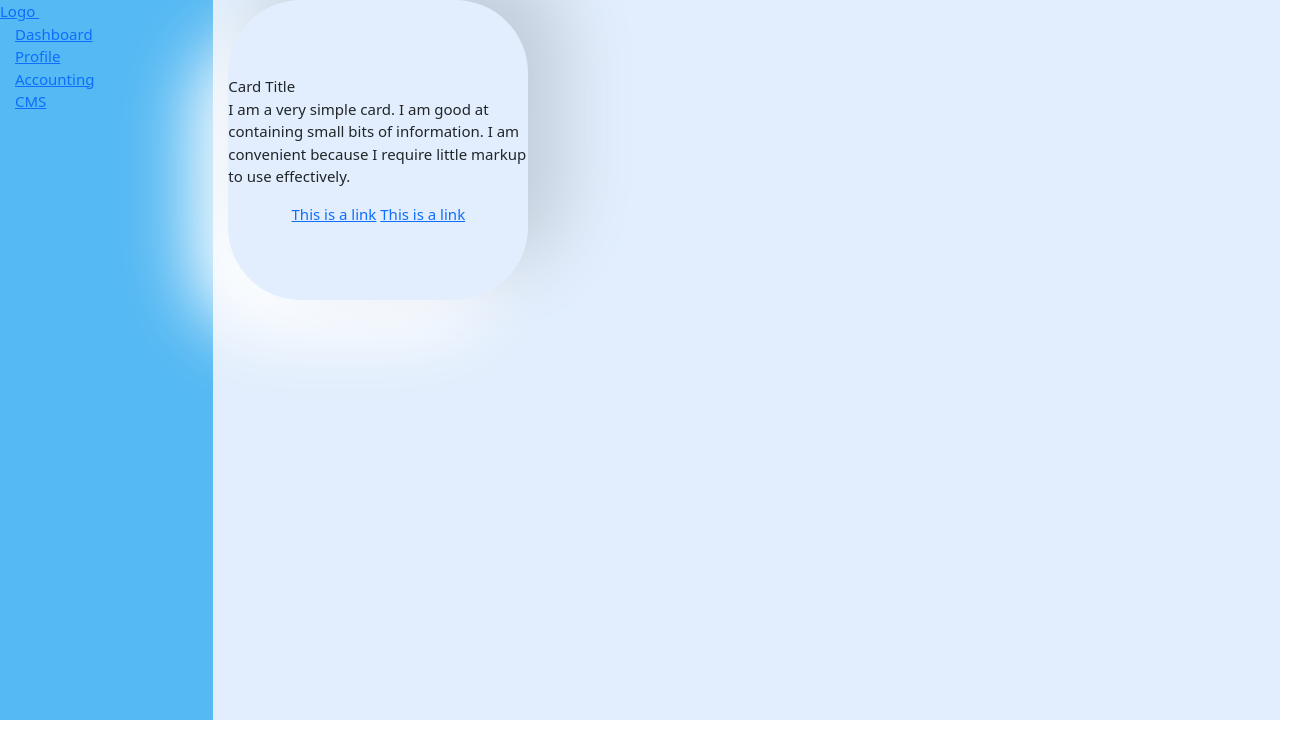
Repository: latenightsnacc/AllinOne
Page: Design/index.html
The author's editor kept a copy of each file at every save. The page is drawn from the files as they stood at one save, then again after the next save.
The browser window is 1280 px wide. The page is 1291 px wide, so the pictures cover 1291 px, including what lies to the right of the window. The pictures show the whole page.
The style sheet was rebuilt from its Sass, Less or Tailwind sources for each picture, by a compiler version that may differ from the author's.

Above is the page before, as saved 2020-09-15 16:47:50.

After the next save:
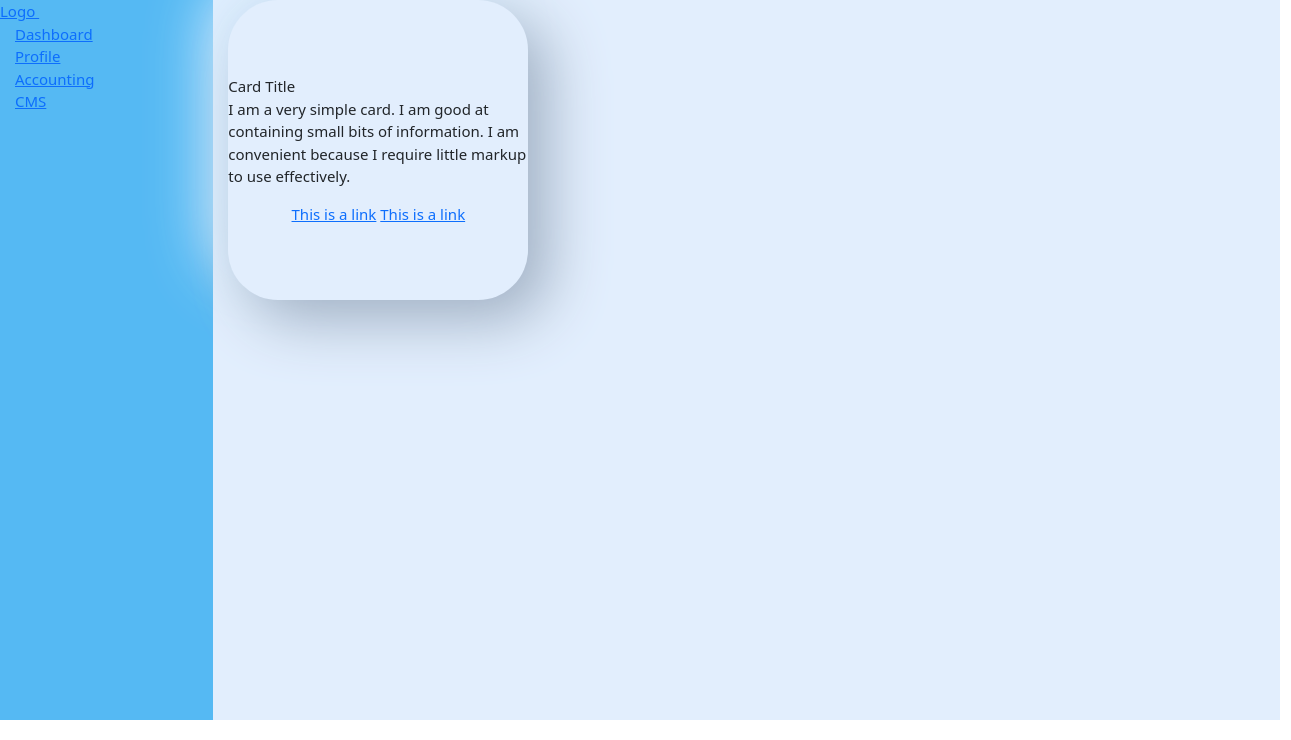
Saved 62 s later.
--- a/Design/_variables.scss
+++ b/Design/_variables.scss
@@ -1,9 +1,9 @@
 $blue: #55b9f3;
 $white: #fff;
 $grey: #e2eefd;
-$borderR: 73px;
+$borderR: 50px;
 $Brb: 50px;
-$bsGrey:  35px -35px 71px #c2cdda,
--35px 35px 71px #ffffff;
+$bsGrey:  20px 20px 60px #a1b0c3,
+-20px -20px 60px #d9eeff;
 $bsBlue:  20px 20px 60px #489dcf,
 -20px -20px 60px #62d5ff;
